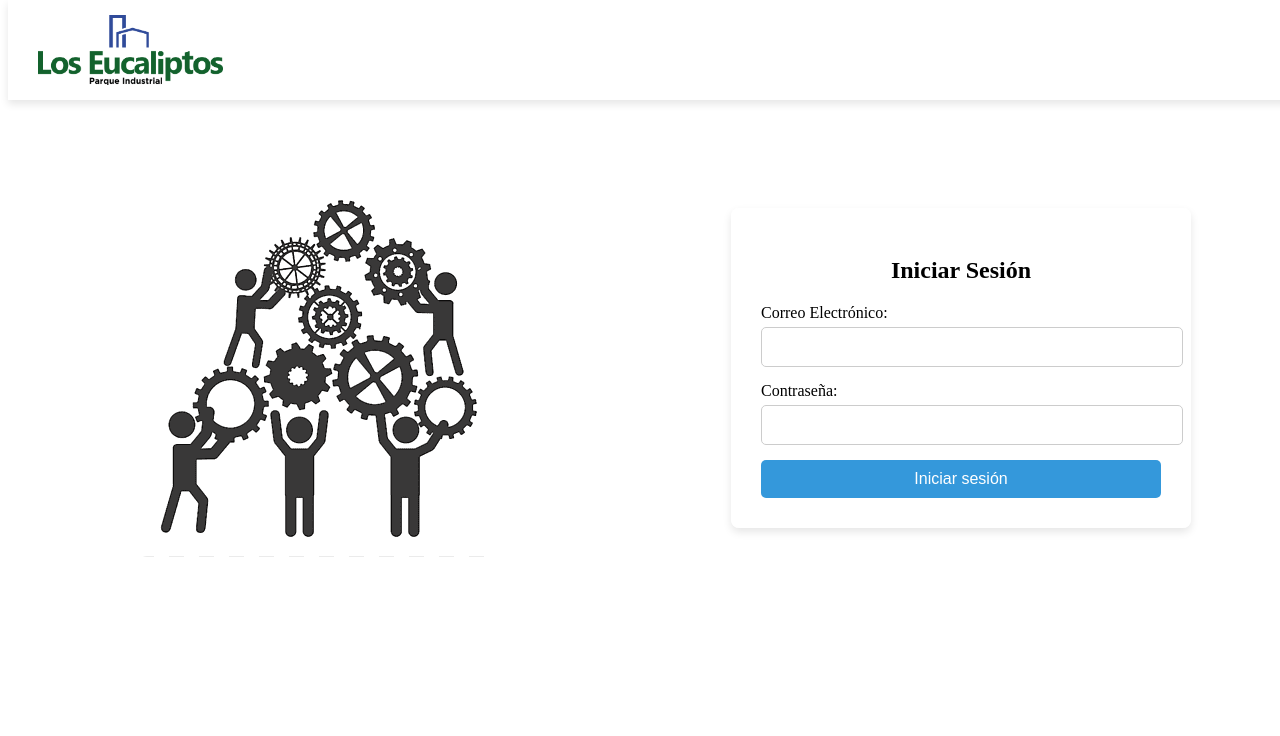
Repository: Los-Eucaliptos-WebApp/Los-Eucaliptos-FrontEnd
Page: pages/los-eucaliptos-login/index.html
These files come from the project's save history. The page is drawn as it stood at one moment and after a run of saves; the edit follows.
The browser window is 1280 px wide. The pictures show the whole page.

Above is the page before, as saved 2025-02-17 00:48:15.
Console error: TypeError: Cannot read properties of null (reading 'addEventListener')

After the next 2 saves:
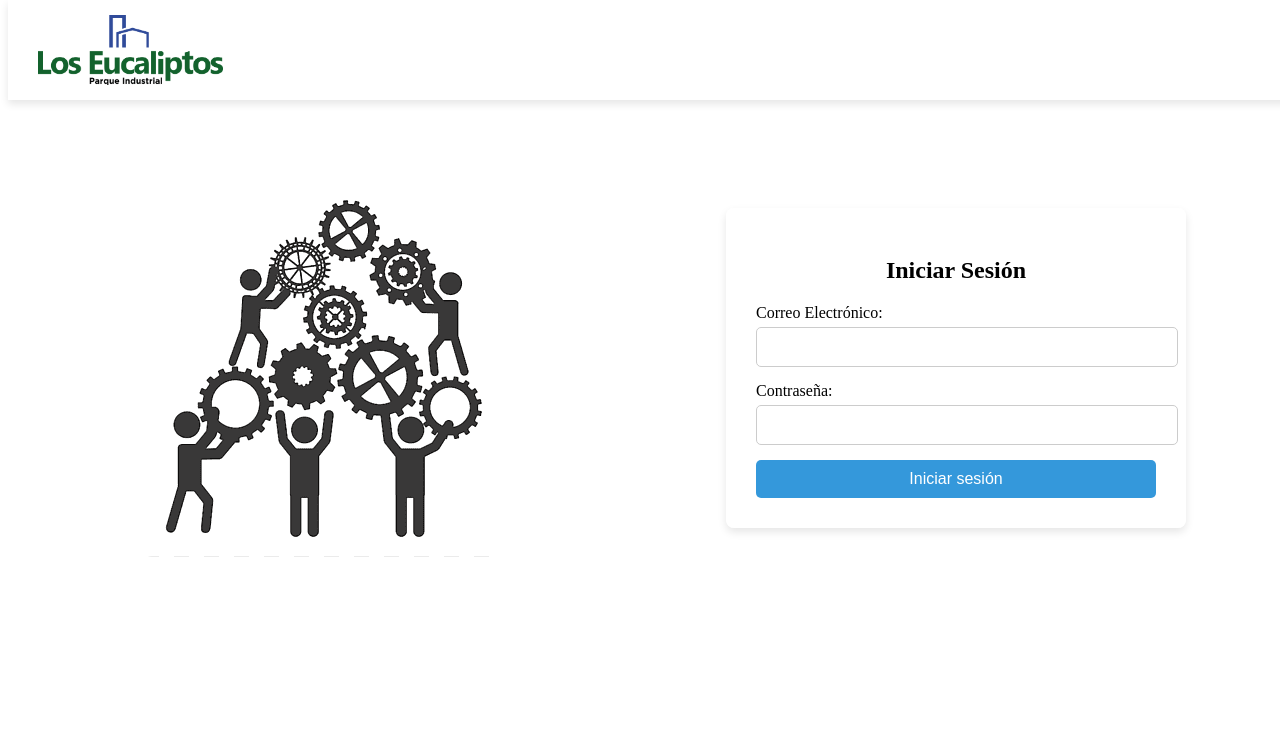
The 2 saves are shown as one change because they came seconds apart.
The last was saved 8 s later.
--- a/pages/los-eucaliptos-login/styles.css
+++ b/pages/los-eucaliptos-login/styles.css
@@ -30,7 +30,7 @@
     justify-content: center;
     align-items: center;
     height: 100vh;
-    gap: 20px;
+    gap: -100px;
 }
 
 /* Lado izquierdo - Imagen */
